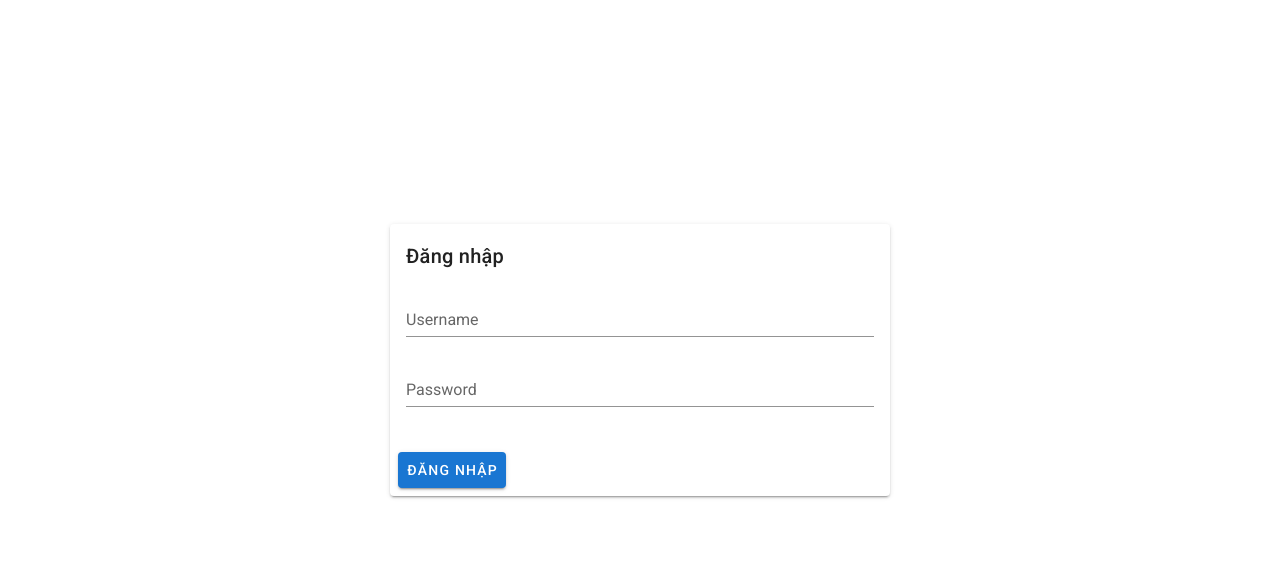
Repository: thaibinhblack/demo
Page: /
The author's editor kept a copy of each file at every save. The page is drawn from the files as they stood at one save, then again after the next save.
The browser window is 1280 px wide. The pictures show the whole page.
The project was rebuilt for these pictures with package versions that can differ from the ones it lists, and the page was loaded fresh each time. Also part of the build but not shown: vue.config.js.

Above is the page before, as saved 2019-11-02 18:38:11.

### public/index.html
<!DOCTYPE html>
<html lang="en">
  <head>
    <meta charset="utf-8">
    <meta http-equiv="X-UA-Compatible" content="IE=edge">
    <meta name="viewport" content="width=device-width,initial-scale=1.0">
    <link rel="icon" href="<%= BASE_URL %>favicon.ico">
    <title>demo</title>
    <link rel="stylesheet" href="https://fonts.googleapis.com/css?family=Roboto:100,300,400,500,700,900">
    <link rel="stylesheet" href="https://cdn.jsdelivr.net/npm/@mdi/font@latest/css/materialdesignicons.min.css">
  </head>
  <body>
    <noscript>
      <strong>We're sorry but demo doesn't work properly without JavaScript enabled. Please enable it to continue.</strong>
    </noscript>
    <div id="app"></div>
    <!-- built files will be auto injected -->
  </body>
</html>

### src/main.js
import Vue from 'vue'
import App from './App.vue'
import vuetify from './plugins/vuetify';

Vue.config.productionTip = false
import router from './router'
new Vue({
  vuetify,
  router: router,
  render: h => h(App)
}).$mount('#app')

### src/App.vue
<template>
  <v-app>
      <router-view></router-view>
  </v-app>
</template>

<script>
export default {
  name: 'App',
  components: {
  },
  data: () => ({

  }),
};
</script>

### src/router/index.js
import Vue from 'vue'
import VueRouter from 'vue-router'
Vue.use(VueRouter)

const routes= [
    {
        path: '/',
        component: () => import('@/pages/index.vue')
    }
]

export default new VueRouter({
    routes: routes,
    mode: 'history'
})

### src/pages/index.vue
<template>
<div id="page-login">
    <v-card class="form-login">
        <v-card-title primary-title>
            <span>Đăng nhập</span>
        </v-card-title>
        <v-card-text>
            <v-form>
                <v-text-field
                    name="USERNAME"
                    label="Username"
                    placeholder="Nhập username"
                    v-model="user.username"
                    required
                ></v-text-field>
                <v-text-field
                    name="PASSWORD"
                    label="Password"
                    type="password"
                    required
                    v-model="user.password"
                ></v-text-field>
            </v-form>
        </v-card-text>
        <v-card-actions>
            <v-btn  color="primary" >Đăng nhập</v-btn>
        </v-card-actions>
    </v-card>
</div>
</template>

<script>
export default {
    data()
    {
        return {
            user: {}
        }
    }
}
</script>

<style scoped>
.form-login {width: 500px;position: absolute;top: 50%;left: 50%;transform: translate(-50%,-50%)}
</style>

Loaded but not shown: src/plugins/vuetify.js (common file)

After the next save:
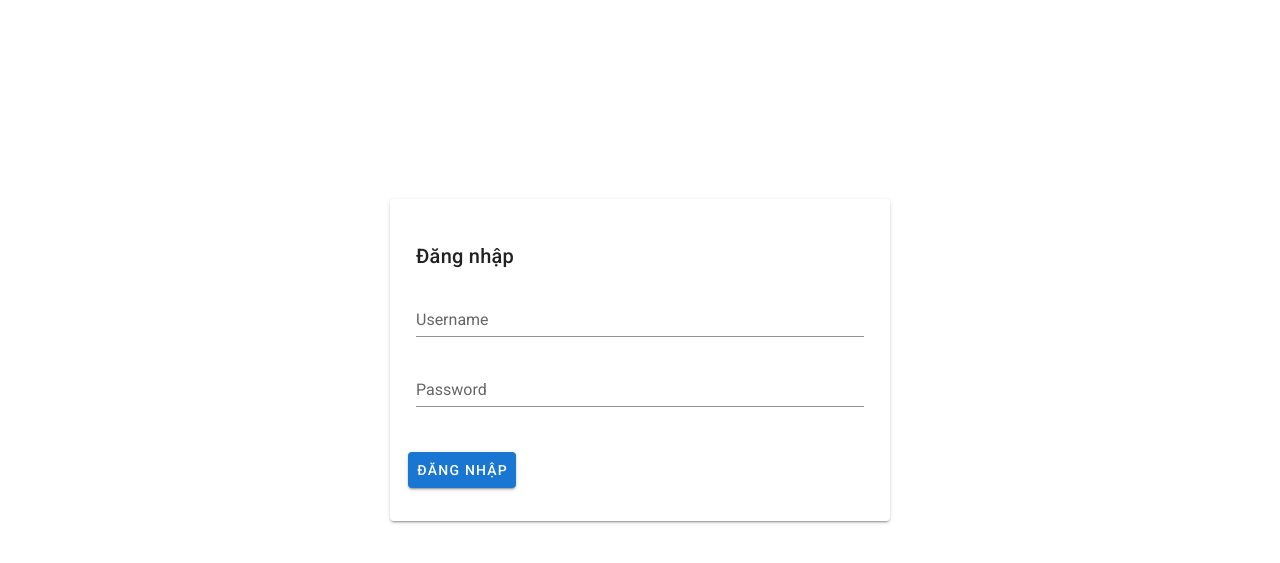
Saved 27 s later.
--- a/src/pages/index.vue
+++ b/src/pages/index.vue
@@ -41,5 +41,5 @@ export default {
 </script>
 
 <style scoped>
-.form-login {width: 500px;position: absolute;top: 50%;left: 50%;transform: translate(-50%,-50%)}
+.form-login {width: 500px;position: absolute;top: 50%;left: 50%;transform: translate(-50%,-50%);padding: 25px 10px;}
 </style>
